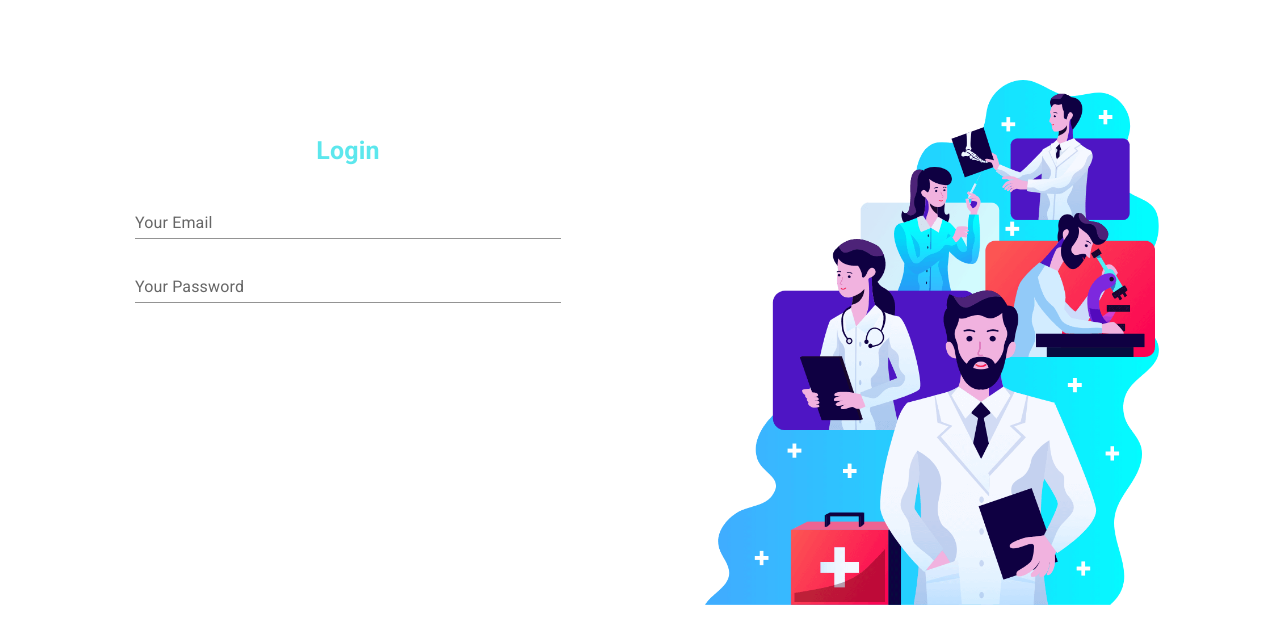
Repository: Sharif-00112/doctors-portal-client
Page: /login
An editor plug-in stored every save of this project. The page is shown before and after the next save, followed by the edit.
The browser window is 1280 px wide. The pictures show the whole page.
The project was rebuilt for these pictures with package versions that can differ from the ones it lists, and the page was loaded fresh each time. Also part of the build but not shown: src/Pages/Shared/Footer/Footer.js, src/Pages/Shared/Navigation/Navigation.js, src/Pages/Home/AppointmentBanner/AppointmentBanner.js, src/Pages/Home/Banner/Banner.js, src/Pages/Home/Contact/Contact.js, src/Pages/Home/Service/Service.js, src/Pages/Home/Services/Services.js, src/Pages/Home/Story/Story.js and 7 more.

Above is the page before, as saved 2022-11-06 16:41:59.

After the next save:
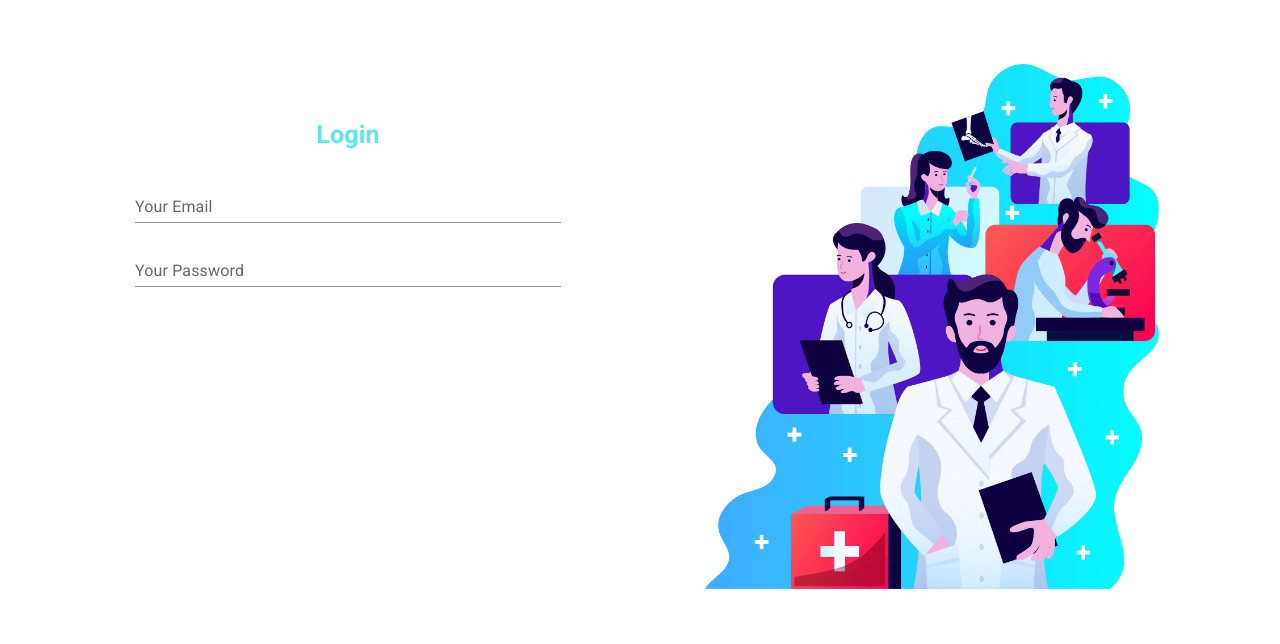
Saved 14 s later.
--- a/src/Pages/Login/Login/Login.js
+++ b/src/Pages/Login/Login/Login.js
@@ -14,7 +14,7 @@ const Login = () => {
     }
 
     return (
-        <Container sx={{ py:10 }}>
+        <Container sx={{ py:8 }}>
             <Box sx={{ flexGrow: 1 }}>
                 <Grid container spacing={2}>
                     <Grid sx={{ mt:5 }} xs={12} md={6}>
